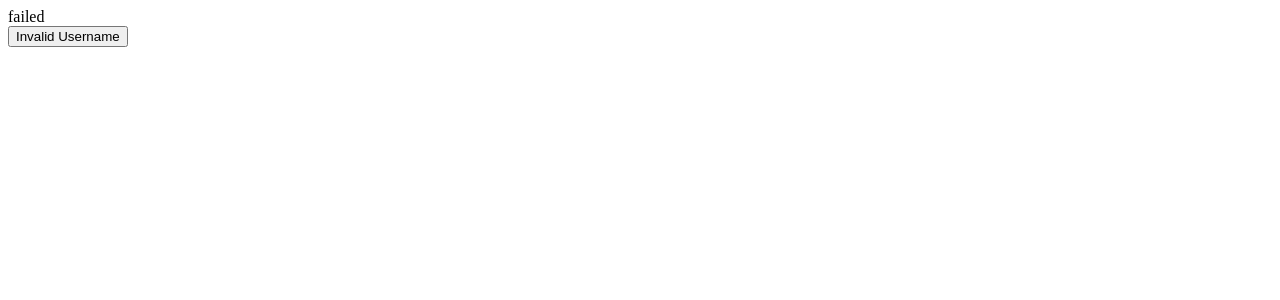
Repository: Kevin-Zhang-0/cs336Project
Page: http://localhost/cs336Sample/login.jsp
These files come from the project's save history. The page is drawn as it stood at one moment and after the next save; the edit follows.
The browser window is 1280 px wide. The pictures show the whole page.
The page is served by Tomcat 9. Other server files are loaded and not shown. Queries for data that is not in the repository find no rows.

Above is the page before, as saved 2022-04-07 02:38:17.

### cs336Sample/src/main/webapp/login.jsp
<%@ page language="java" contentType="text/html; charset=ISO-8859-1"
	pageEncoding="ISO-8859-1" import="com.cs336.pkg.*"%>
<!--Import some libraries that have classes that we need -->
<%@ page import="java.io.*,java.util.*,java.sql.*"%>
<%@ page import="javax.servlet.http.*,javax.servlet.*"%>
<!DOCTYPE html PUBLIC "-//W3C//DTD HTML 4.01 Transitional//EN" "http://www.w3.org/TR/html4/loose.dtd">
<html>
<head>
<meta http-equiv="Content-Type" content="text/html; charset=ISO-8859-1">
<title>Insert title here</title>
</head>
<body>
	<%
	try {

		//Get the database connection

		ApplicationDB db = new ApplicationDB();
		Connection con = db.getConnection();

		//Create a SQL statement
		Statement stmt = con.createStatement();

		//Get parameters from the HTML form at the HelloWorld.jsp
		String username = request.getParameter("username");
		String password = request.getParameter("password");



		//Make an insert statement for the Sells table:

		String select = "SELECT * FROM credentials c WHERE c.user = \"" + username + "\" AND c.pass = \"" + password+ "\"";
		//String select = "SELECT * FROM credentials";

		//Create a Prepared SQL statement allowing you to introduce the parameters of the query
		//PreparedStatement ps = con.prepareStatement(select);
		ResultSet result = stmt.executeQuery(select);
		if(result.next()==false){
			out.print("failed");
			%>
			<form method="post" action="HelloWorld.jsp">
				<input type="submit" name="errorID" value="Invalid Username">
			</form>


			<%
		}

		else{
			out.println(result.getString("user"));
			out.println(result.getString("pass"));
			con.close();
			response.sendRedirect("UserHomepage.jsp");
			%>


			<%



			//Close the connection. Don't forget to do it, otherwise you're keeping the resources of the server allocated.




		}

	} catch (Exception ex) {
		//out.print(ex);
		//out.print("select failed :()");
	}
	%>

</body>
</html>

### cs336Sample/src/main/java/com/cs336/pkg/ApplicationDB.java
package com.cs336.pkg;

import java.sql.Connection;
import java.sql.DriverManager;
import java.sql.SQLException;

public class ApplicationDB {

	public ApplicationDB(){

	}

	public Connection getConnection(){

		//Create a connection string
		String connectionUrl = "jdbc:mysql://localhost:3306/336ProjectSQL?useSSL=false";
		Connection connection = null;

		try {
			//Load JDBC driver - the interface standardizing the connection procedure. Look at WEB-INF\lib for a mysql connector jar file, otherwise it fails.
			Class.forName("com.mysql.jdbc.Driver").newInstance();
		} catch (InstantiationException e) {
			// TODO Auto-generated catch block
			e.printStackTrace();
		} catch (IllegalAccessException e) {
			// TODO Auto-generated catch block
			e.printStackTrace();
		} catch (ClassNotFoundException e) {
			// TODO Auto-generated catch block
			e.printStackTrace();
		}
		try {
			//Create a connection to your DB
			connection = DriverManager.getConnection(connectionUrl,"root", "root");
		} catch (SQLException e) {
			// TODO Auto-generated catch block
			e.printStackTrace();
		}

		return connection;

	}

	public void closeConnection(Connection connection){
		try {
			connection.close();
		} catch (SQLException e) {
			// TODO Auto-generated catch block
			e.printStackTrace();
		}
	}





	public static void main(String[] args) {
		ApplicationDB dao = new ApplicationDB();
		Connection connection = dao.getConnection();

		System.out.println(connection);
		dao.closeConnection(connection);
	}



}

After the next save:
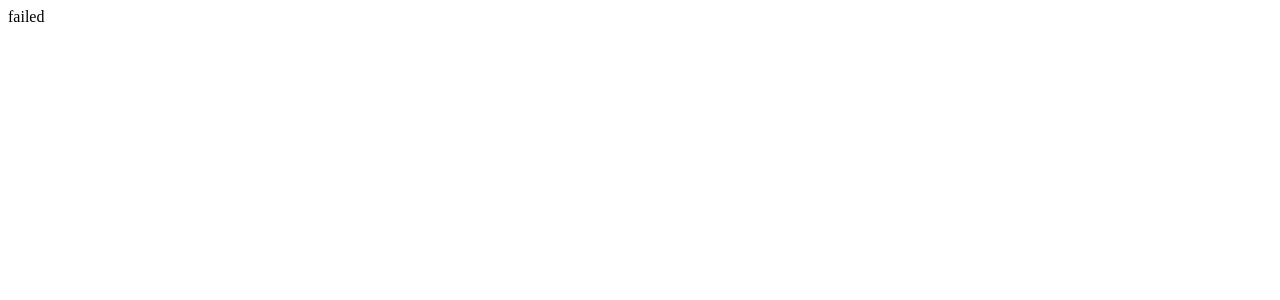
Saved 1 s later.
--- a/cs336Sample/src/main/webapp/login.jsp
+++ b/cs336Sample/src/main/webapp/login.jsp
@@ -39,7 +39,8 @@
 			out.print("failed");
 			%>
 			<form method="post" action="HelloWorld.jsp">
-				<input type="submit" name="errorID" value="Invalid Username">
+
+				<input type="hidden" name="errorID" value="Invalid Username">
 			</form>
 
 
@@ -49,6 +50,8 @@
 		else{
 			out.println(result.getString("user"));
 			out.println(result.getString("pass"));
+			session.setAttribute("username", result.getString("user"));
+
 			con.close();
 			response.sendRedirect("UserHomepage.jsp");
 			%>

After the 2 saves that followed:
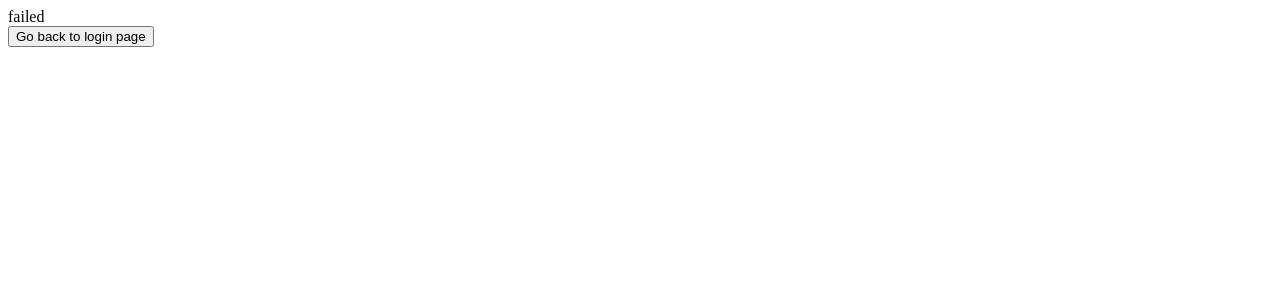
The 2 saves are shown as one change because 1 left the picture as it was.
The last was saved 71 s later.
--- a/cs336Sample/src/main/webapp/login.jsp
+++ b/cs336Sample/src/main/webapp/login.jsp
@@ -37,10 +37,11 @@
 		ResultSet result = stmt.executeQuery(select);
 		if(result.next()==false){
 			out.print("failed");
+			session.setAttribute("username", null);
 			%>
 			<form method="post" action="HelloWorld.jsp">
 
-				<input type="hidden" name="errorID" value="Invalid Username">
+				<input type="submit" value="Go back to login page">
 			</form>
 
 
@@ -51,6 +52,7 @@
 			out.println(result.getString("user"));
 			out.println(result.getString("pass"));
 			session.setAttribute("username", result.getString("user"));
+
 
 			con.close();
 			response.sendRedirect("UserHomepage.jsp");
